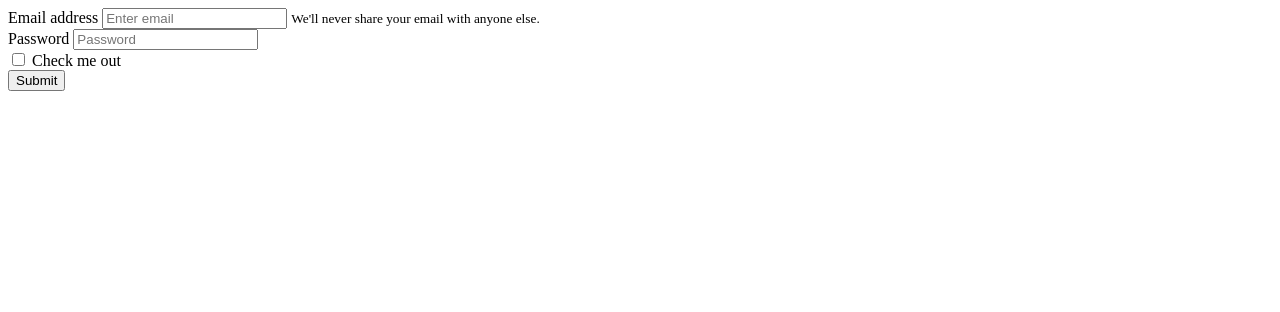
Repository: profbkmurage/churchWebsite
Page: contact.html
These files come from the project's save history. The page is drawn as it stood at one moment and after the next save; the edit follows.
The browser window is 1280 px wide. The pictures show the whole page.

Above is the page before, as saved 2024-07-17 17:46:59.

After the next save:
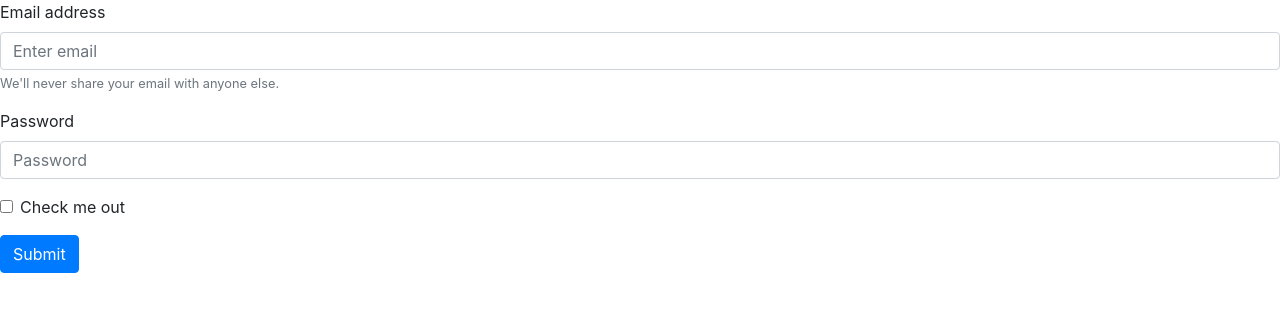
Saved 68 s later.
--- a/contact.html
+++ b/contact.html
@@ -4,6 +4,7 @@
     <meta charset="UTF-8">
     <meta name="viewport" content="width=device-width, initial-scale=1.0">
     <title>Document</title>
+    <link rel="stylesheet" href="https://cdn.jsdelivr.net/npm/bootstrap@4.3.1/dist/css/bootstrap.min.css" integrity="sha384-ggOyR0iXCbMQv3Xipma34MD+dH/1fQ784/j6cY/iJTQUOhcWr7x9JvoRxT2MZw1T" crossorigin="anonymous">
 </head>
 <body>
 
